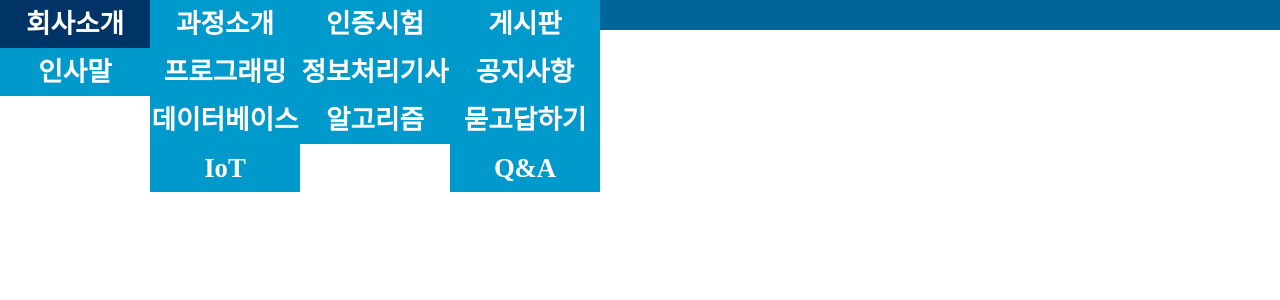
Repository: gyetol/web
Page: 4_11_web/CSS/WebContent/index.html
The author's editor kept a copy of each file at every save. The page is drawn from the files as they stood at one save, then again after the next save.
The browser window is 1280 px wide. The pictures show the whole page.

Above is the page before, as saved 2020-04-11 08:05:48.

### 4_11_web/CSS/WebContent/index.html
<!DOCTYPE html>
<html lang="en">
<head>
    <meta charset="UTF-8">
    <title>gg</title>
    <link rel="stylesheet" href="css/style.css">
</head>
<body>

<ul>

<li>회사소개
	<ul>
	<li>인사말</li>
	</ul>
</li>
<li>과정소개
	<ul>
	<li>프로그래밍</li>
	<li>데이터베이스</li>
	<li>IoT</li>
	</ul>
</li>
<li>인증시험
	<ul>
	<li>정보처리기사</li>
	<li>알고리즘</li>
	</ul>
</li>
<li>게시판
	<ul>
	<li>공지사항</li>
	<li>묻고답하기</li>
	<li>Q&amp;A</li>
	</ul>
</li>
</ul>


</body>
</html>

### 4_11_web/CSS/WebContent/css/style.css
body{
	margin:0;
	padding:0;

}

ul,li{list-style:none; margin:0; padding:0;}
ul{height:30px; background-color:#006699; }
ul::before, ul::after{
	content:'';
	display:block;
	clear:both;
}

ul>li{
	width:150px;
	float:left;
	background-color:#0099cc;
	height:48px;
	line-height:48px;
	text-align:center;
	font-size:20pt;
	font-weight:bold;
	color:white;
}

ul>li:hover{
	background-color:#003366;
}

After the next save:
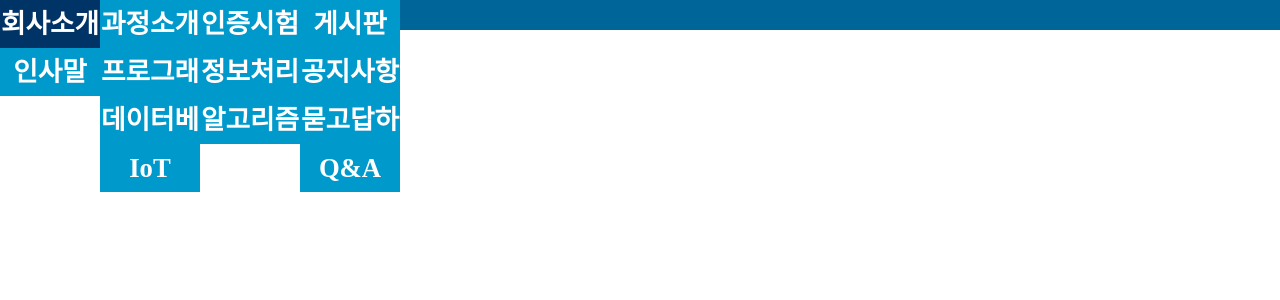
Saved 8 min 40 s later.
--- a/4_11_web/CSS/WebContent/css/style.css
+++ b/4_11_web/CSS/WebContent/css/style.css
@@ -13,7 +13,7 @@ ul::before, ul::after{
 }
 
 ul>li{
-	width:150px;
+	width:100px;
 	float:left;
 	background-color:#0099cc;
 	height:48px;
